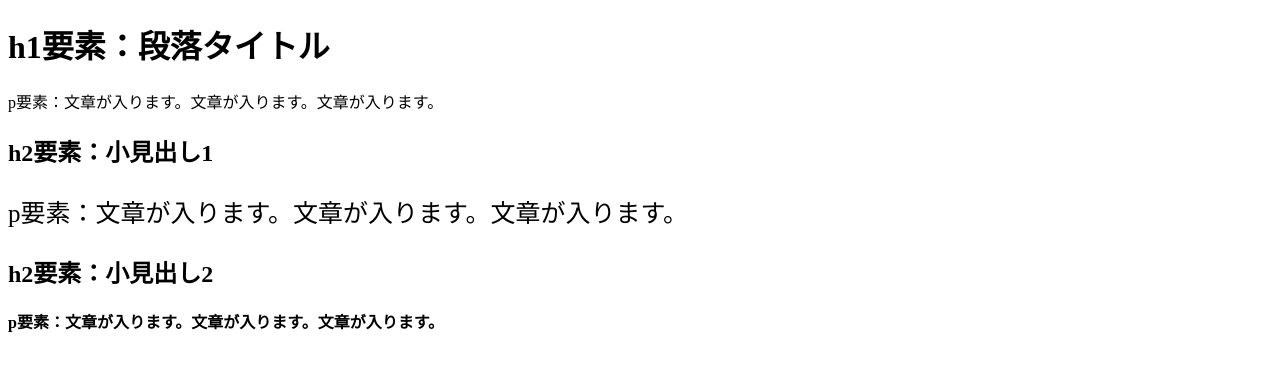
Repository: chiccha-ino/samurai_HTML-CSS
Page: index.html
The author's editor kept a record of every edit. The page is drawn from the files as they stood at one moment, then again after the next edit.
The browser window is 1280 px wide. The pictures show the whole page.

Above is the page before.

After the next edit:
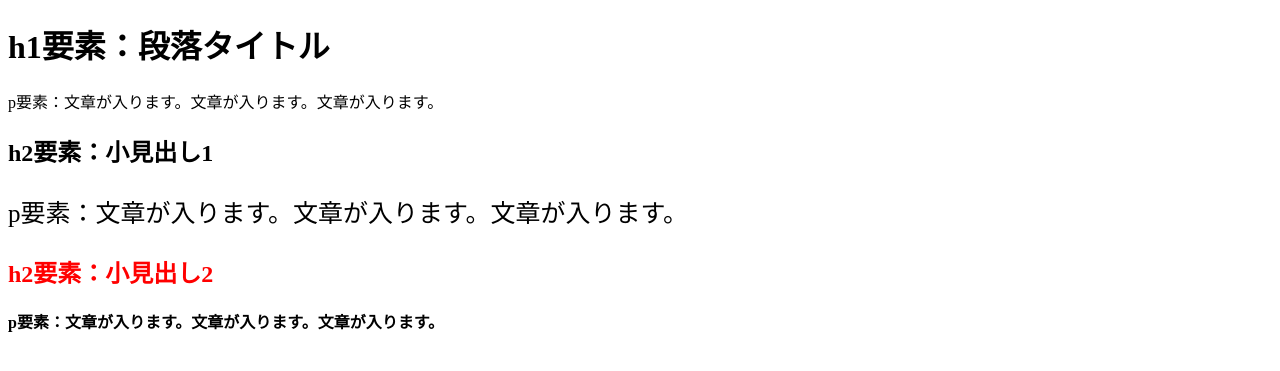
The edit:
--- a/index.html
+++ b/index.html
@@ -16,7 +16,7 @@
         <p style="font-size: 25px;">
             p要素：文章が入ります。文章が入ります。文章が入ります。
         </p>
-        <h2>h2要素：小見出し2</h2>
+        <h2 id="red">h2要素：小見出し2</h2>
         <p style="font-weight: bold;">
             p要素：文章が入ります。文章が入ります。文章が入ります。
         </p>
